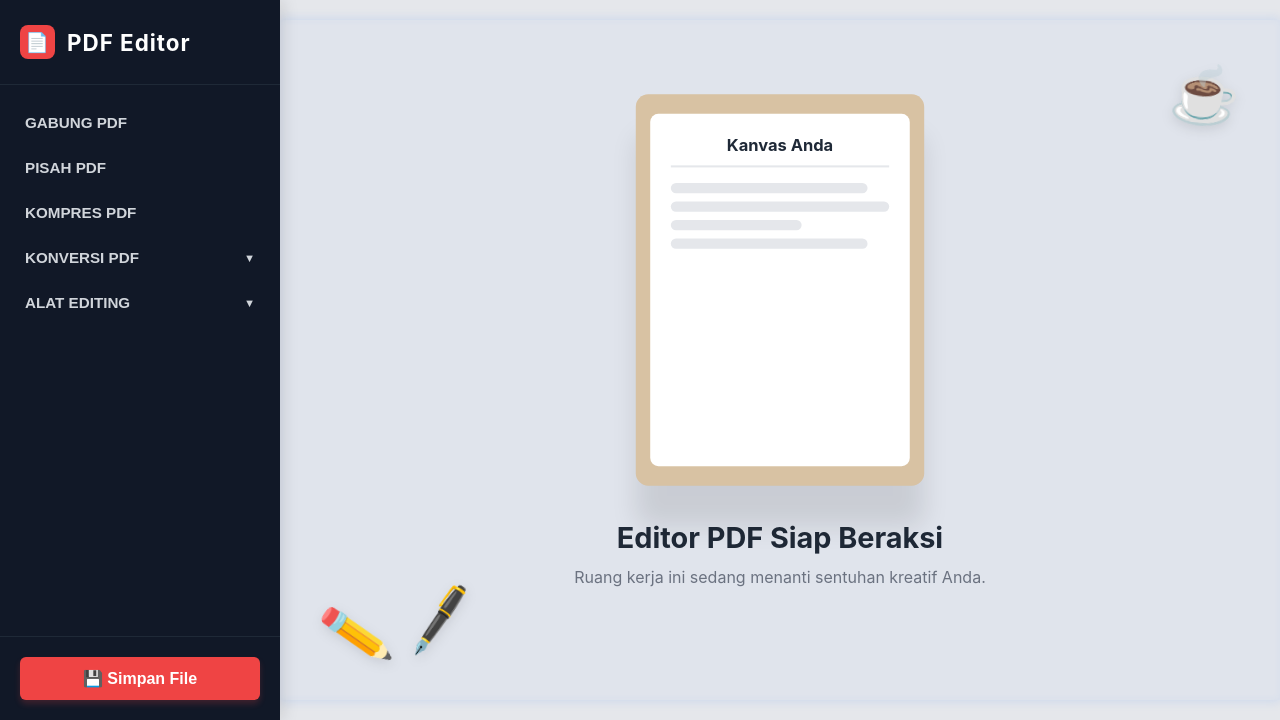
Repository: IkhsanMoekhtar/pdf_editor
Page: /
An editor plug-in stored every save of this project. The page is shown before and after the next save, followed by the edit.
The browser window is 1280 px wide. The pictures show the whole page.
The pointer rests on the first visible `.empty-state.desktop-scene`.
The project was rebuilt for these pictures with package versions that can differ from the ones it lists, and the page was loaded fresh each time. Also part of the build but not shown: vite.config.js.

Above is the page before, as saved 2026-03-18 23:01:07.

After the next save:
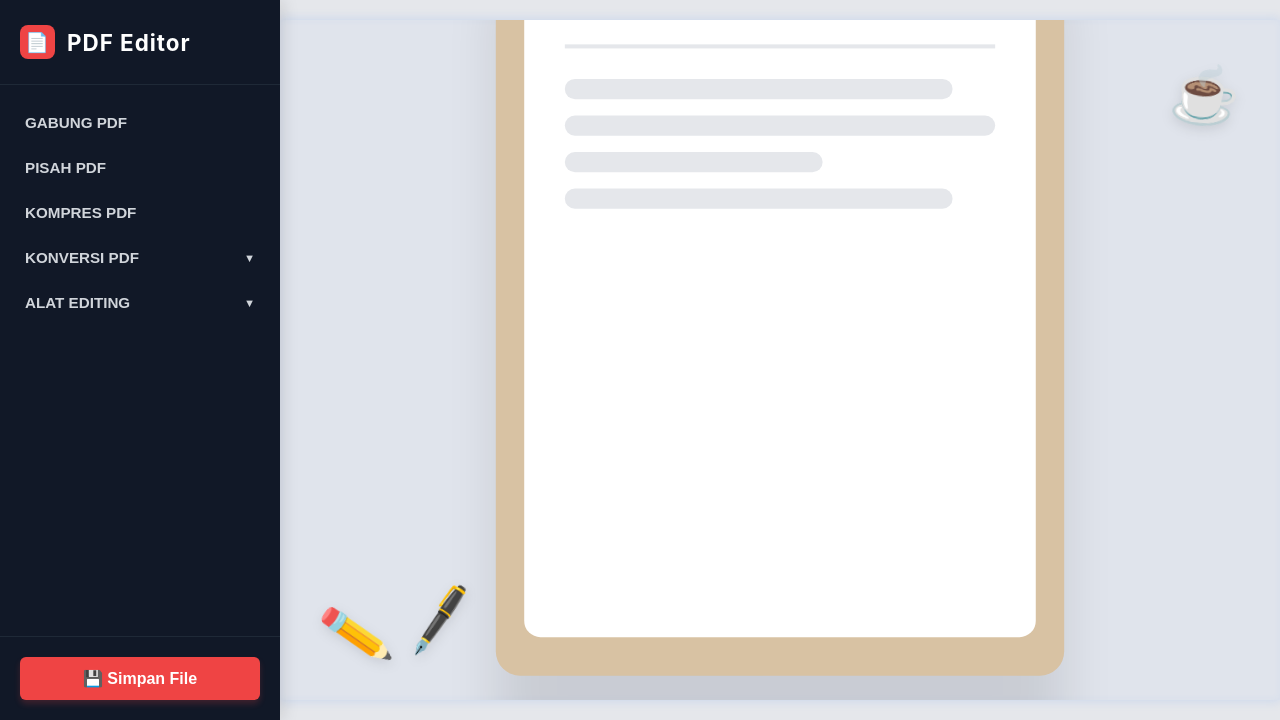
Saved 4 s later.
--- a/src/App.css
+++ b/src/App.css
@@ -216,7 +216,7 @@
 }
 
 .empty-state.desktop-scene:hover .clipboard {
-  transform: rotate(0deg) scale(1.03);
+  transform: rotate(0deg) scale(2.03);
 }
 
 .clipboard-paper {
